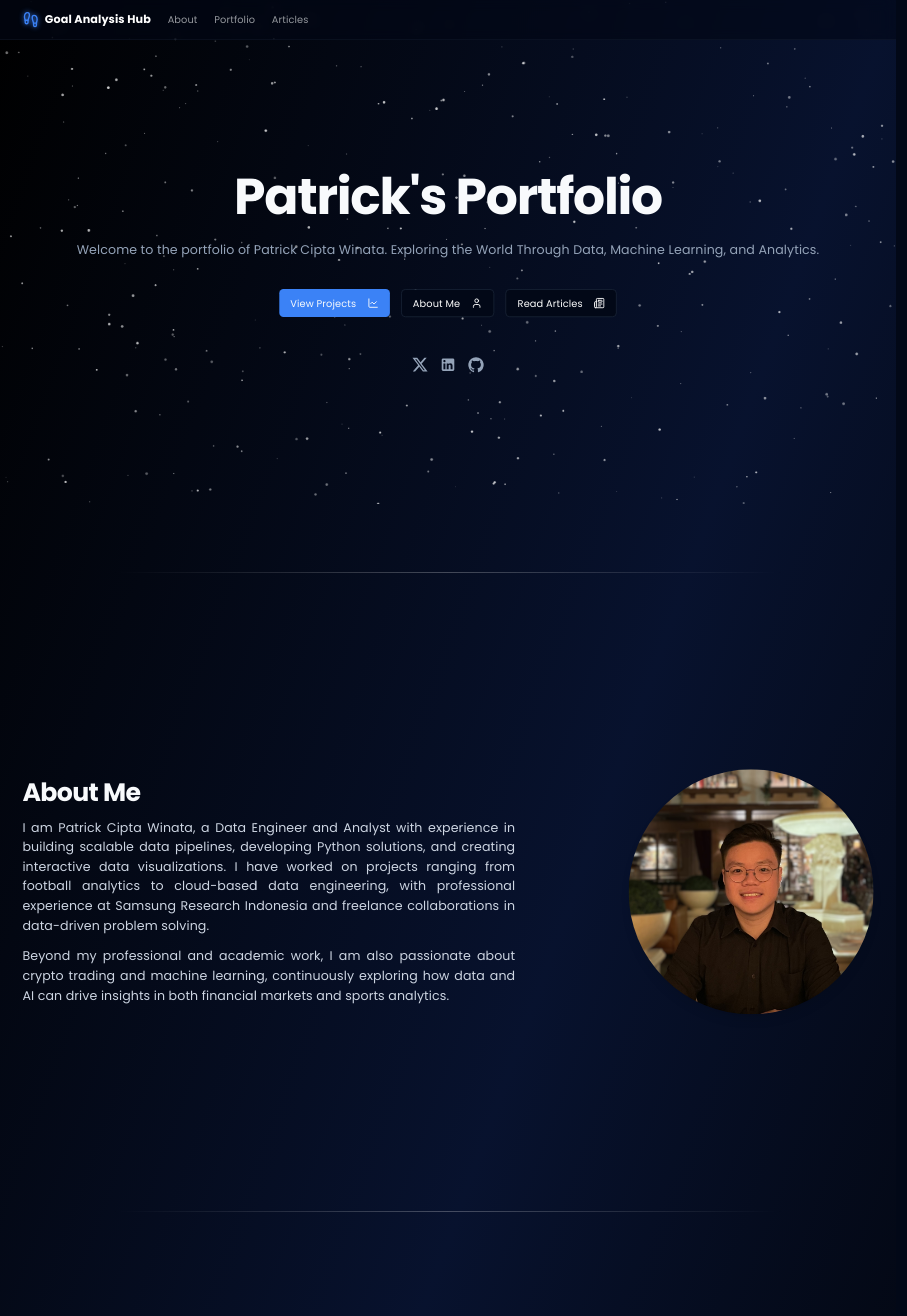
Repository: patrick-cw/my-portfolio
Page: /
The author's editor kept a copy of each file at every save. The page is drawn from the files as they stood at one save, then again after the next save.
The browser window is 1280 px wide. The page is 1296 px wide, so the pictures cover 1296 px, including what lies to the right of the window. The pictures show the part of the page from y = 0 to 1880 px (the page is 3545 px tall), at 70% of full size.
The project was rebuilt for these pictures with package versions that can differ from the ones it lists, and the page was loaded fresh each time. The framework's server and built-in components were replaced by stand-ins that run in the browser. Also part of the build but not shown: next.config.ts.

Above is the page before, as saved 2025-08-31 01:58:11.

After the next save:
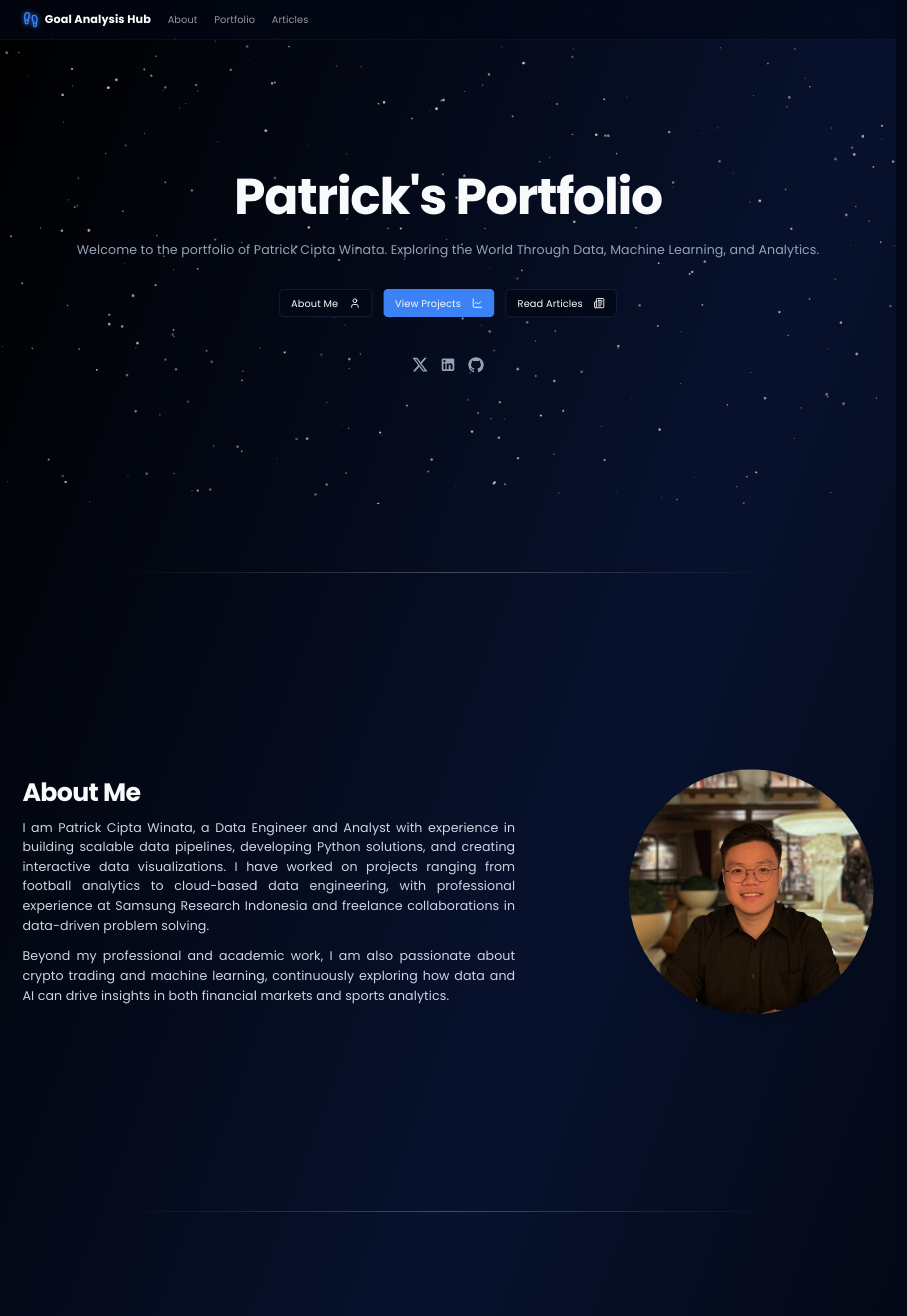
Saved 7 min 48 s later.
--- a/src/app/page.tsx
+++ b/src/app/page.tsx
@@ -262,22 +262,22 @@ export default function Home() {
           </p>
           <div className="mt-10 flex flex-col items-center justify-center gap-y-6">
             <div className="flex items-center justify-center gap-x-4 flex-wrap gap-y-4">
-              <Button asChild>
-                <Link href="/#portfolio">
-                  View Projects <LineChart className="ml-2 h-4 w-4" />
-                </Link>
-              </Button>
-               <Button variant="outline" asChild>
-                <Link href="/#about">
-                  About Me <User className="ml-2 h-4 w-4" />
-                </Link>
-              </Button>
               <Button variant="outline" asChild>
-                <Link href="/#articles">
-                  Read Articles <Newspaper className="ml-2 h-4 w-4" />
-                </Link>
-              </Button>
-            </div>
+                  <Link href="#about">
+                    About Me <User className="ml-2 h-4 w-4" />
+                  </Link>
+                </Button>
+                <Button asChild>
+                  <Link href="#portfolio">
+                    View Projects <LineChart className="ml-2 h-4 w-4" />
+                  </Link>
+                </Button>
+                <Button variant="outline" asChild>
+                  <Link href="#articles">
+                    Read Articles <Newspaper className="ml-2 h-4 w-4" />
+                  </Link>
+                </Button>
+              </div>
             <div className="flex items-center gap-4 mt-8">
               <Link href="https://twitter.com" target="_blank" rel="noopener noreferrer" aria-label="Twitter">
                 <XIcon className="h-6 w-6 text-muted-foreground transition-colors hover:text-foreground" />
@@ -306,3 +306,45 @@ export default function Home() {
     </>
   );
 }
+
+      {/* Hero Section */}
+      <section id="home" className="container flex min-h-screen flex-col items-center justify-center text-center">
+        <div className="flex-grow flex flex-col items-center justify-center">
+          <h1 className="font-headline text-4xl font-bold tracking-tight text-foreground sm:text-6xl md:text-7xl">
+            Patrick's Portfolio
+          </h1>
+          <p className="mt-6 text-lg leading-8 text-muted-foreground max-w-2xl mx-auto">
+            Welcome to the portfolio of Patrick Cipta Winata. Exploring the World Through Data, Machine Learning, and Analytics.
+          </p>
+          <div className="mt-10 flex flex-col items-center justify-center gap-y-6">
+          <div className="flex items-center justify-center gap-x-4 flex-wrap gap-y-4">
+            <Button variant="outline" asChild>
+                <Link href="#about">
+                  About Me <User className="ml-2 h-4 w-4" />
+                </Link>
+              </Button>
+              <Button asChild>
+                <Link href="#portfolio">
+                  View Projects <LineChart className="ml-2 h-4 w-4" />
+                </Link>
+              </Button>
+              <Button variant="outline" asChild>
+                <Link href="#articles">
+                  Read Articles <Newspaper className="ml-2 h-4 w-4" />
+                </Link>
+              </Button>
+            </div>
+            <div className="flex items-center gap-4 mt-6">
+              <Link href="https://x.com/patrickcw_" target="_blank" rel="noopener noreferrer" aria-label="Twitter">
+                <XIcon  className="h-6 w-6 text-muted-foreground transition-colors hover:text-foreground" />
+              </Link>
+              <Link href="https://www.linkedin.com/in/patrick-cw/" target="_blank" rel="noopener noreferrer" aria-label="LinkedIn">
+                <LinkedInIcon  className="h-6 w-6 text-muted-foreground transition-colors hover:text-foreground" />
+              </Link>
+              <Link href="https://github.com/patrick-cw" target="_blank" rel="noopener noreferrer" aria-label="GitHub">
+                <GitHubIcon className="h-6 w-6 text-muted-foreground transition-colors hover:text-foreground" />
+              </Link>
+            </div>
+          </div>
+        </div>
+      </section>
